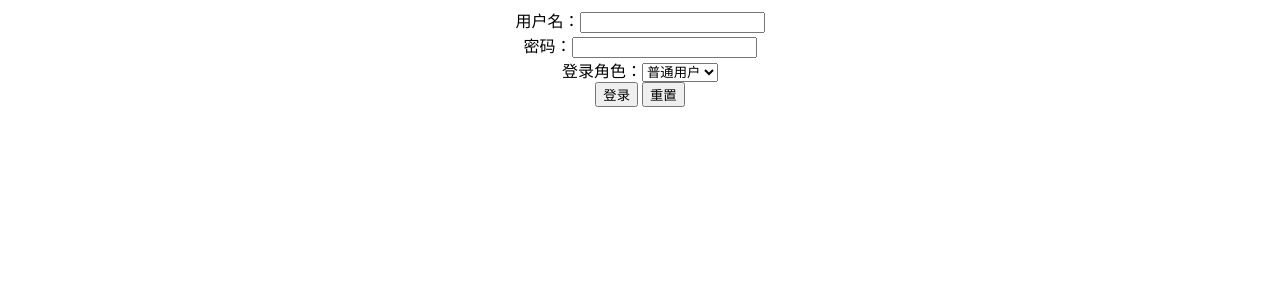
Repository: jackhbr/workspace
Page: http://localhost/LoginServletMysqlShowAllAjax/login.jsp
The author's editor kept a copy of each file at every save. The page is drawn from the files as they stood at one save, then again after the next save.
The browser window is 1280 px wide. The pictures show the whole page.
The page is served by Tomcat 9.

Above is the page before, as saved 2018-01-01 02:50:22.

After the next save:
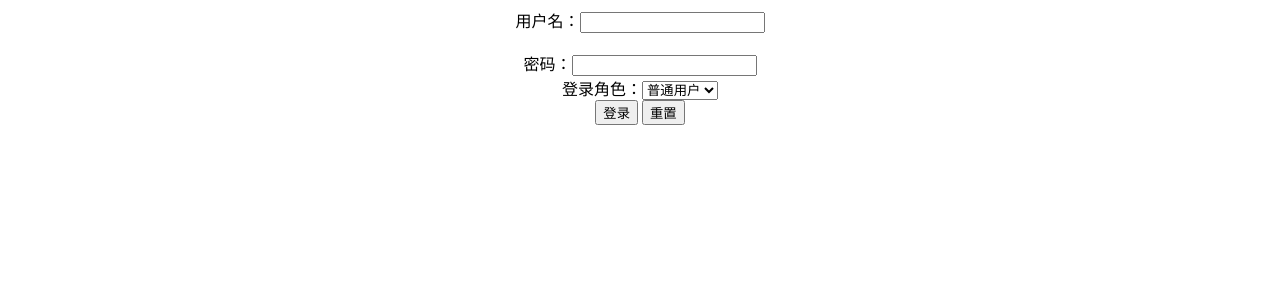
Saved 5 min 21 s later.
--- a/LoginServletMysqlShowAllAjax/WebContent/login.jsp
+++ b/LoginServletMysqlShowAllAjax/WebContent/login.jsp
@@ -44,7 +44,27 @@ String basePath = request.getScheme()+"://"+request.getServerName()+":"+request.
     		 alert("输入的用户名为空！！");
     		 }
 
-    	 //ajax部分的代码，去验证是否存在此用户名
+    	 //下面是ajax部分的代码，去验证是否存在此用户名
+    	 	var xmlhttp;
+			if (window.XMLHttpRequest)
+			{
+			    //  IE7+, Firefox, Chrome, Opera, Safari 浏览器执行代码
+			    xmlhttp=new XMLHttpRequest();
+			}
+			else
+			{
+			    // IE6, IE5 浏览器执行代码
+			    xmlhttp=new ActiveXObject("Microsoft.XMLHTTP");
+			}
+
+			xmlhttp.onreadystatechange = function() {
+                if (xhr.readyState == 4) {
+                    if (xhr.status == 200) {
+                        document.getElementById("msg").innerHTML = xhr.responseText;
+                    }
+                }
+
+            }
 
 
 
@@ -69,7 +89,7 @@ String basePath = request.getScheme()+"://"+request.getServerName()+":"+request.
 
      <center>                        <!-- 下面这种跳转方式比较清晰靠谱 -->
          <form method="post" action="http://localhost:8080/LoginServletMysqlShowAll/LoginServlet" onSubmit="return login(this);">
-             用户名：<input type="text" name="username"  onblur="aaa()" id="username" /><br>
+             用户名：<input type="text" name="username"  onblur="aaa()" id="username" /><br><span id="msg"></span><br />  <!-- 这个msg是专门用于写ajax验证用户名是否存在的 -->
              密码：<input type="password" name="password" onblur="bbb()"  id="password" /><br>
              登录角色：<select value="role">
                  <option value="普通用户" selected>普通用户</option>
